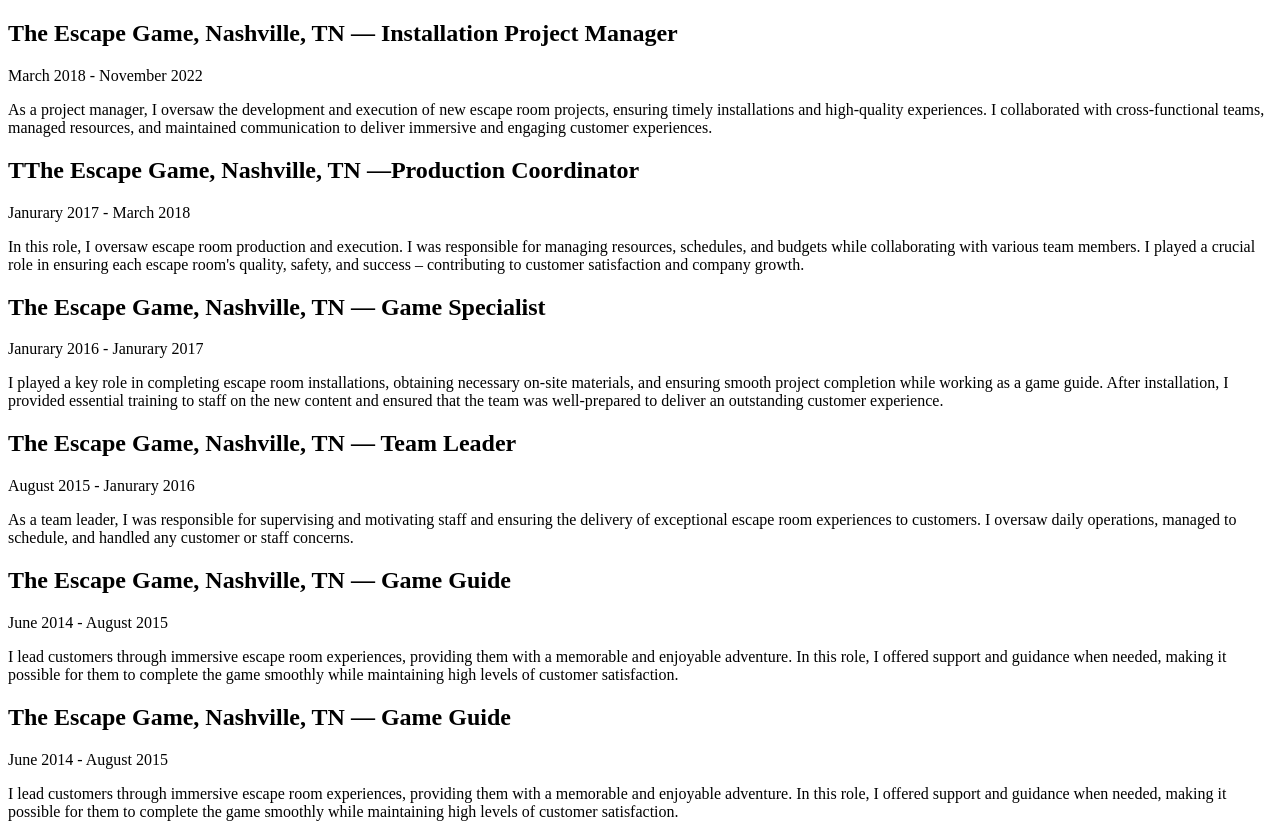
Repository: jgramirez0210/LAB-HTML-Resume
Page: index.html
These files come from the project's save history. The page is drawn as it stood at one moment and after the next save; the edit follows.
The browser window is 1280 px wide. The pictures show the whole page.

Above is the page before, as saved 2023-10-09 21:29:42.

### index.html
<!DOCTYPE html>
<html lang="en">
<head>
  <meta charset="UTF-8">
  <meta name="viewport" content="width=device-width, initial-scale=1.0">
  <title>Jesse's Work Experience</title>
</head>
<body>
  <article>
    <h2>The Escape Game, Nashville, TN — Installation Project Manager </h2>
    <time datetime="2018-03" >March 2018</time> - <time datetime="2022-10" >November 2022</time></time>
    <p>As a project manager, I oversaw the development and execution of new escape room projects, ensuring timely installations and high-quality experiences. I collaborated with cross-functional teams, managed resources, and maintained communication to deliver immersive and engaging customer experiences.</p>
  </article>
  <article>
    <h2>TThe Escape Game, Nashville, TN —Production Coordinator</h2>
    <time datetime="2017-01" >Janurary 2017</time> - <time datetime="2018-3" >March 2018</time></time>
    <p>In this role, I oversaw escape room production and execution. I was responsible for managing resources, schedules, and budgets while collaborating with various team members. I played a crucial role in ensuring each escape room's quality, safety, and success – contributing to customer satisfaction and company growth.
    </p>
  </article>
  <article>
    <h2>The Escape Game, Nashville, TN — Game Specialist</h2>
    <time datetime="2016-01" >Janurary 2016</time> - <time datetime="2017-01" >Janurary 2017</time></time>
    <p>I played a key role in completing escape room installations, obtaining necessary on-site materials, and ensuring smooth project completion while working as a game guide. After installation, I provided essential training to staff on the new content and ensured that the team was well-prepared to deliver an outstanding customer experience.
    </p>
  </article>
  <article>
    <h2>The Escape Game, Nashville, TN — Team Leader</h2>
    <time datetime="2015-0" >August 2015</time> - <time datetime="2016-01" >Janurary 2016</time></time>
    <p>As a team leader, I was responsible for supervising and motivating staff and ensuring the delivery of exceptional escape room experiences to customers. I oversaw daily operations, managed to schedule, and handled any customer or staff concerns.
    </p>
  </article>
  <article>
    <h2>The Escape Game, Nashville, TN — Game Guide</h2>
    <time datetime="2014-06" >June 2014</time> - <time datetime="2015-08" >August 2015</time></time>
    <p>I lead customers through immersive escape room experiences, providing them with a memorable and enjoyable adventure. In this role, I offered support and guidance when needed, making it possible for them to complete the game smoothly while maintaining high levels of customer satisfaction.
    </p>
  </article>
  <article>
    <h2>The Escape Game, Nashville, TN — Game Guide</h2>
    <time datetime="2014-06" >June 2014</time> - <time datetime="2015-08" >August 2015</time></time>
    <p>I lead customers through immersive escape room experiences, providing them with a memorable and enjoyable adventure. In this role, I offered support and guidance when needed, making it possible for them to complete the game smoothly while maintaining high levels of customer satisfaction.
    </p>
  </article>
</body>
</html>

After the next save:
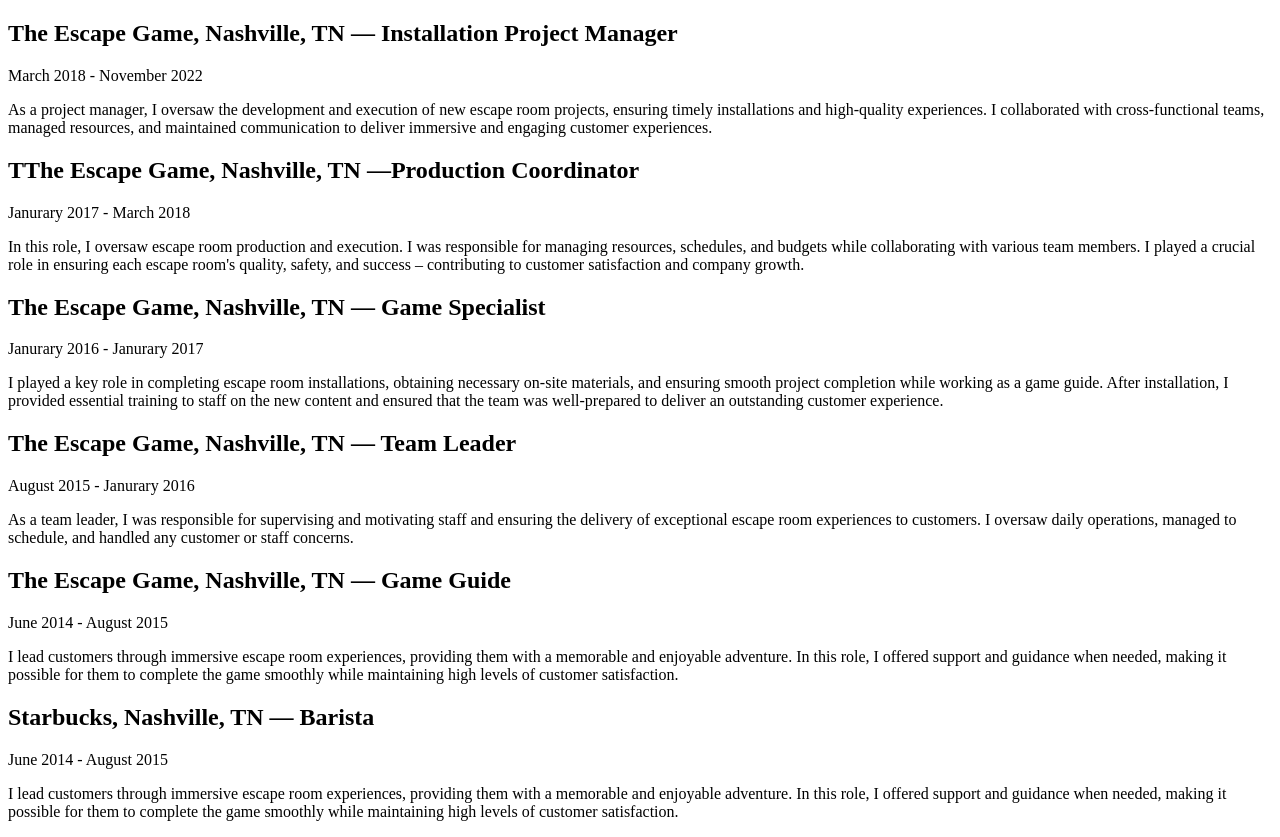
Saved 6 s later.
--- a/index.html
+++ b/index.html
@@ -36,7 +36,7 @@
     </p>
   </article>
   <article>
-    <h2>The Escape Game, Nashville, TN — Game Guide</h2>
+    <h2>Starbucks, Nashville, TN — Barista</h2>
     <time datetime="2014-06" >June 2014</time> - <time datetime="2015-08" >August 2015</time></time>
     <p>I lead customers through immersive escape room experiences, providing them with a memorable and enjoyable adventure. In this role, I offered support and guidance when needed, making it possible for them to complete the game smoothly while maintaining high levels of customer satisfaction.
     </p>
